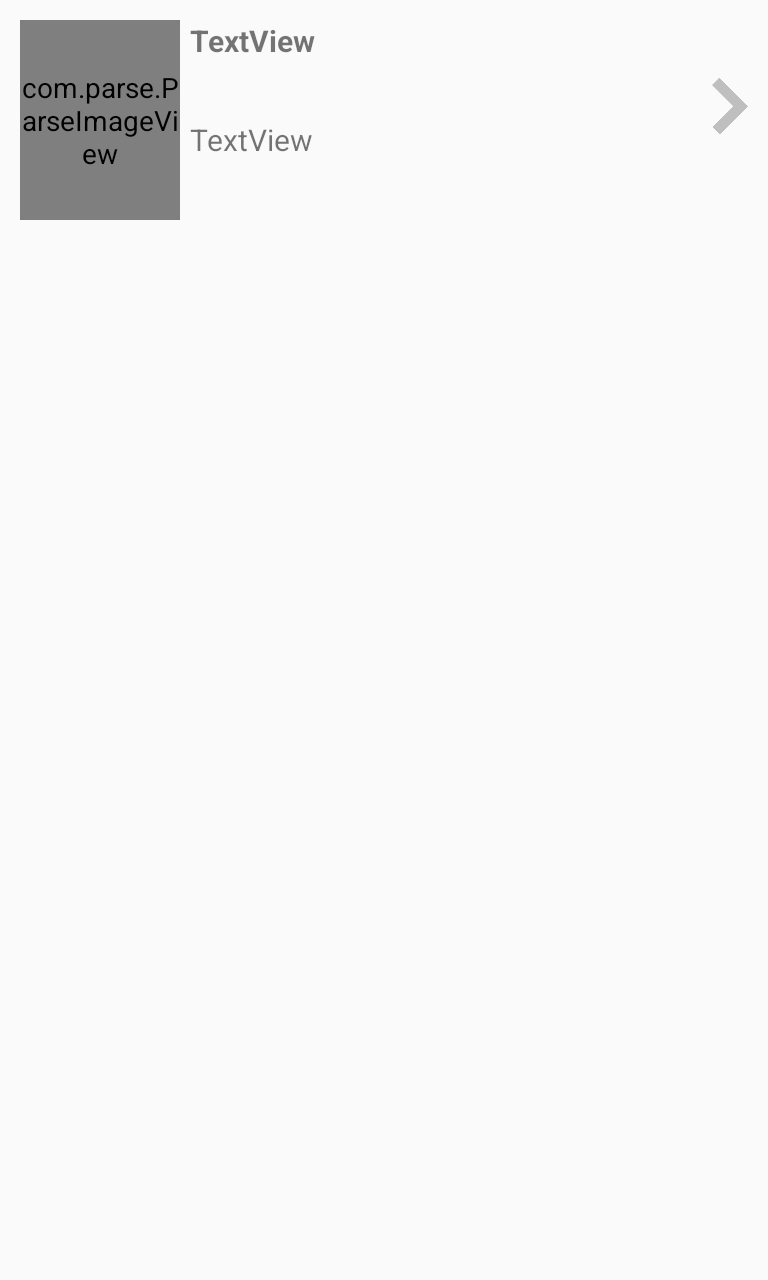
Repository: savindra/cutting-edge
Layout: Humzearch/res/layout/view_reward_row.xml
These files come from the project's save history. The layout is drawn as it stood at one moment and after the next save; the edit follows.
Pictures or frames that could not be fetched are drawn as grey boxes. It is drawn on a 768 x 1280 px phone screen (xhdpi) without system bars, with theme AppTheme; the app's code is not run.

Above is the layout before, as saved 2015-06-17 09:09:57.

After the next save:
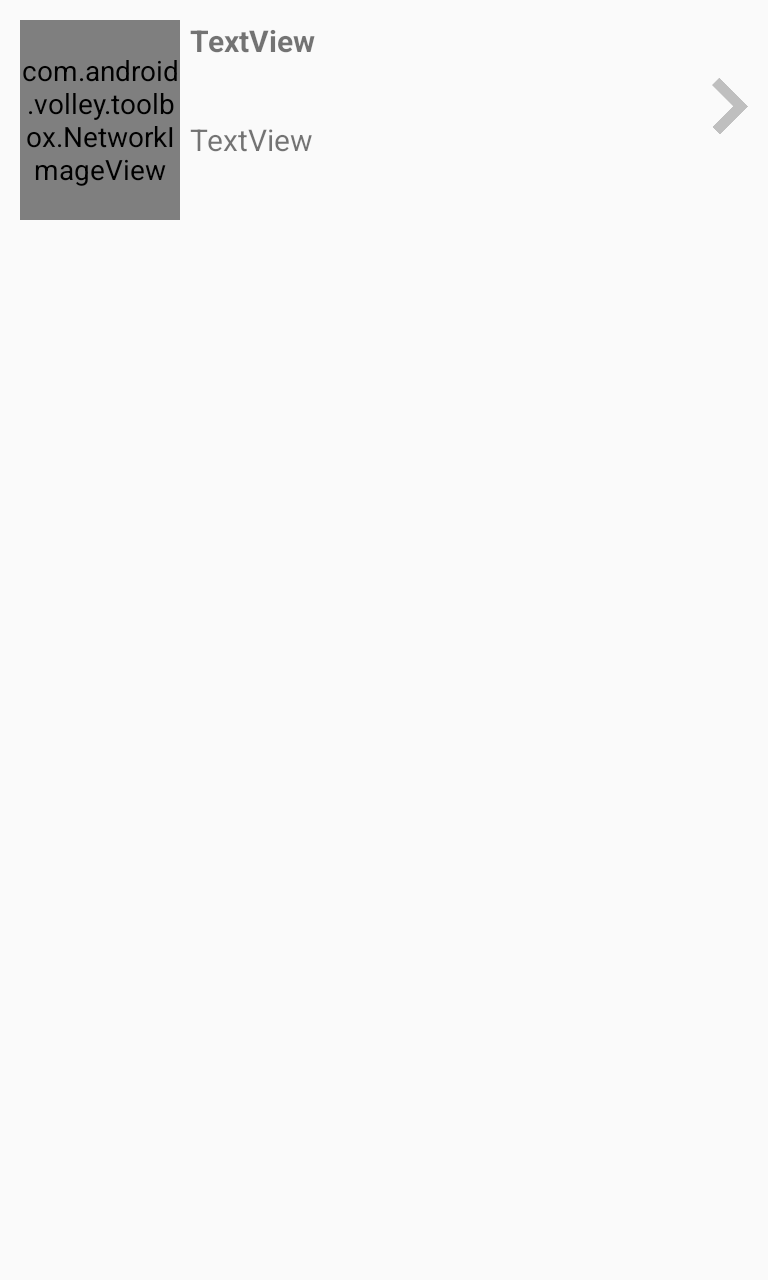
Saved 72 min 4 s later.
--- a/Humzearch/res/layout/view_reward_row.xml
+++ b/Humzearch/res/layout/view_reward_row.xml
@@ -5,7 +5,7 @@
     android:layout_height="match_parent"
     android:orientation="vertical" >
 
-    <com.parse.ParseImageView
+    <com.android.volley.toolbox.NetworkImageView
         android:id="@+id/imgViewReward"
         android:layout_width="80dp"
         android:layout_height="100dp"
